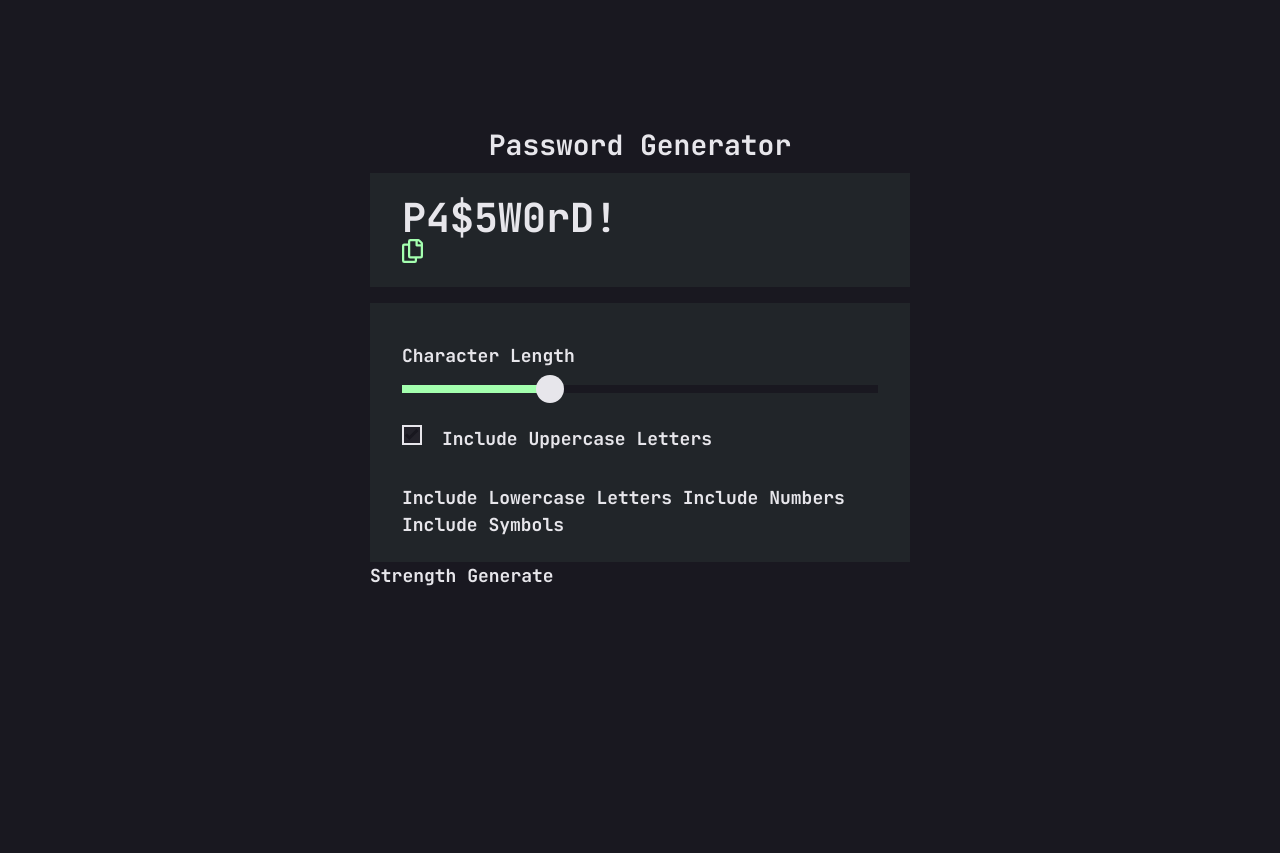
Repository: blordeus/password-generator-app
Page: starter-code/index.html
These files come from the project's save history. The page is drawn as it stood at one moment and after a run of saves; the edit follows.
The browser window is 1280 px wide. The pictures show the whole page.

Above is the page before, as saved 2023-10-05 20:12:23.

### starter-code/index.html
<!DOCTYPE html>
<html lang="en">
<head>
  <meta charset="UTF-8">
  <meta name="viewport" content="width=device-width, initial-scale=1.0">
  <link href="https://cdn.jsdelivr.net/npm/bootstrap@5.3.2/dist/css/bootstrap.min.css" rel="stylesheet" integrity="sha384-T3c6CoIi6uLrA9TneNEoa7RxnatzjcDSCmG1MXxSR1GAsXEV/Dwwykc2MPK8M2HN" crossorigin="anonymous">
  <script src="https://cdn.jsdelivr.net/npm/bootstrap@5.3.2/dist/js/bootstrap.bundle.min.js" integrity="sha384-C6RzsynM9kWDrMNeT87bh95OGNyZPhcTNXj1NW7RuBCsyN/o0jlpcV8Qyq46cDfL" crossorigin="anonymous" defer></script>
  <link rel="icon" type="image/png" sizes="32x32" href="./assets/images/favicon-32x32.png">
  <link rel="stylesheet" href="./assets/style.css">
  <link href="https://fonts.googleapis.com/css2?family=JetBrains+Mono:wght@700&display=swap" rel="stylesheet">
  <title>Frontend Mentor | Password generator app</title>
</head>
<body>
<main class="main">

    <h1 class="fs-3 title text-grey">Password Generator</h1>

    <div class="field bg-dark fs-1 flex">
      <p id="fieldText" class="fieldText text-grey">P4$5W0rD!</p>
      <div class="copy flex">
        <p id="copyMsg" class="fs-3 uppercase text-green">copied</p>
        <img id="copyIcon" src="./assets/images/icon-copy.svg" alt="">
      </div>
    </div>

    <div class="options bg-dark">
      <label for="slider" class="sliderLabel flex">Character Length <span class="sliderValue fs-1 text-green" id="sliderValue"></span></label>
      <input type="range" class="slider" name="slider" id="slider" min="5" max="15" value="8">
      <div class="checkboxes flex">
        <label for="inclUppercase" class="checkboxLabel" id="inclUppercase">
          <input type="checkbox" name="inclUppercase" id="inclUppercase">
          Include Uppercase Letters
          <span class="checkmark"><img src="./assets/images/icon-check.svg" alt="checked-icon"></span>
        </label>
        <label for="" class="checkboxLabel">

        </label>
      </div>
      Include Lowercase Letters
      Include Numbers
      Include Symbols
    </div>
    <div>
      Strength
      Generate
    </div>
</main>

</body>
</html>

### starter-code/assets/style.css
/* ------------------- */
/* Custom properties   */
/* ------------------- */

:root {
    /* colors */
    --clr-darkGrey: 248 10% 15%;
    --clr-grey: 251 9% 53%;
    --clr-almostWhite: 252 11% 91%;
    --clr-veryDarkGrey: 248 15% 11%;
    --clr-neonGreen: 127 100% 82%;
    --clr-red: 0 91% 63%;
    --clr-orange: 13 95% 66%;
    --clr-yellow: 42 91% 68%;

    /* font-sizes */
    --fs-1: 1.5rem;
    --fs-2: 1.125rem;
    --fs-3: 1rem;
  }

  @media (min-width: 35em) {
    :root {
      --fs-1: 2rem;
      --fs-2: 1.5rem;
      --fs-3: 1.125rem;
    }
  }

  /* ------------------- */
  /* Reset               */
  /* ------------------- */

  /* https://piccalil.li/blog/a-modern-css-reset/ */

  /* Box sizing */
  *,
  *::before,
  *::after {
    box-sizing: border-box;
  }

  /* Reset margins */
  body,
  h1,
  h2,
  h3,
  h4,
  h5,
  p,
  figure,
  picture {
    margin: 0;
  }

  h1,
  h2,
  h3,
  h4,
  h5,
  h6,
  p {
    font-weight: 400;
  }

  /* set up the body */
  body {
    font-family: "JetBrains Mono", monospace;
    font-size: var(--fs-3);
    font-weight: 700;
    color: hsl(var(--clr-almostWhite));
    background-color: hsl(var(--clr-veryDarkGrey));
    min-height: 100vh;

    overflow-x: hidden;
  }

  /* make images easier to work with */
img,
picture {
  max-width: 100%;
  display: block;
}

/* make form elements easier to work with */
input,
button,
textarea,
select {
  font: inherit;
}

/* typography */

.uppercase {
    text-transform: uppercase;
  }

  .fs-1 {
    font-size: var(--fs-1);
    line-height: 2rem;
  }

  .fs-2 {
    font-size: var(--fs-2);
    line-height: 1.485rem;
  }

  .fs-3 {
    font-size: var(--fs-3);
    line-height: 1.32rem;
  }

  @media (min-width: 35em) {
    .fs-1 {
      line-height: 2.64rem;
    }

    .fs-2 {
      line-height: 1.98rem;
    }

    .fs-3 {
      line-height: 1.485rem;
    }
  }

  /*     Layout     */
/* -------------- */

.main {
    margin-top: 4rem;
    margin-inline: 1rem;
  }

  @media (min-width: 35em) {
    .main {
      max-width: 33.75rem;
      margin-top: 8.3125rem;
      margin-inline: auto;
    }
  }

  .title {
    text-align: center;
    margin-block: 0;
    margin-bottom: 1rem;
  }

  .field {
    padding: 1rem;
    justify-content: space-between;
    align-items: center;
    margin-bottom: 1rem;
  }

  @media (min-width: 35em) {
    .field {
      padding: 1.5rem 2rem;
    }
  }

  .copy {
    gap: 1rem;
    align-items: center;
  }

  #copyMsg {
    display: none;
  }

  .copyIcon:hover {
    cursor: pointer;
  }

  .copyIcon:hover .copyIconPath {
    fill: white;
  }

  .options {
    padding: 1rem;
  }

  @media (min-width: 35em) {
    .options {
      padding: 1.5rem 2rem;
    }
  }

  .sliderLabel {
    justify-content: space-between;
    align-items: center;
  }

  .slider {
    width: 100%;
    margin-top: 1rem;
    margin-bottom: 2rem;
  }

  input[type="range"] {
    -webkit-appearance: none;
    background: hsl(var(--clr-veryDarkGrey));
    accent-color: white;
    cursor: pointer;
    height: 8px;
    background-image: linear-gradient(
      hsl(var(--clr-neonGreen)),
      hsl(var(--clr-neonGreen))
    );
    background-size: 30% 100%;
    background-repeat: no-repeat;
  }

  input[type="range"]::-webkit-slider-thumb {
    height: 28px;
    width: 28px;
    background: hsl(var(--clr-almostWhite));
    -webkit-appearance: none;
    border-radius: 14px;
  }

  input[type="range"]:hover::-webkit-slider-thumb {
    background: hsl(var(--clr-veryDarkGrey));
    border: 2px solid hsl(var(--clr-neonGreen));
    -webkit-appearance: none;
  }

  .checkboxes {
    flex-direction: column;
    gap: 1rem;
    margin-bottom: 2rem;
  }

  /* Customize the label (the container) */
  .checkboxLabel {
    display: block;
    position: relative;
    padding-left: 2.5rem;
    cursor: pointer;
    -webkit-user-select: none;
    -moz-user-select: none;
    -ms-user-select: none;
    user-select: none;
  }

  /* Hide the browser's default checkbox */
  .checkboxLabel input {
    position: absolute;
    opacity: 0;
    cursor: pointer;
    height: 0;
    width: 0;
  }

  /* Create a custom checkbox */
  .checkmark {
    position: absolute;
    top: 0;
    left: 0;
    height: 20px;
    width: 20px;
    background-color: hsl(var(--clr-darkGrey));
    border: 2px solid hsl(var(--clr-almostWhite));
    display: flex;
    justify-content: center;
    align-items: center;
  }

  /* On mouse-over, add a background color */
  .checkboxLabel:hover input ~ .checkmark {
    border-color: hsl(var(--clr-neonGreen));
  }

  /* When the checkbox is checked, add a background */
  .checkboxLabel input:checked ~ .checkmark {
    background-color: hsl(var(--clr-neonGreen));
    border-color: hsl(var(--clr-neonGreen));
  }

  /* Create the checkmark/indicator (hidden when not checked) */
  .checkmark:after {
    content: "";
    position: absolute;
    display: none;
  }

  /* Show the checkmark when checked */
  .checkboxLabel input:checked ~ .checkmark:after {
    display: block;
  }

  .strength {
    background-color: hsl(var(--clr-veryDarkGrey));
    padding: 1rem;
    justify-content: space-between;
    align-items: center;
    margin-bottom: 1rem;
  }

  .strengthLvl {
    align-items: center;
  }

  .strengthLvl p {
    margin-right: 0.5rem;
  }

  .bars {
    width: 10px;
    height: 28px;
    border: 2px solid hsl(var(--clr-almostWhite));
    margin-left: 0.5rem;
  }

  .button {
    width: 100%;
    padding-top: 1.125rem;
    padding-bottom: 1.125rem;
    border: 2px solid hsl(var(--clr-neonGreen));
  }

  .button:hover {
    background-color: hsl(var(--clr-darkGrey));
    color: hsl(var(--clr-neonGreen));
    cursor: pointer;
  }

  .button svg {
    margin-left: 1rem;
  }

  .button:hover path {
    fill: hsl(var(--clr-neonGreen));
  }

  .alert {
    display: none;
    text-align: center;
    color: hsl(var(--clr-red));
  }

  /*  Level Classes */

  .tooWeak {
    background-color: hsl(var(--clr-red));
    border: 2px solid hsl(var(--clr-red));
  }

  .weak {
    background-color: hsl(var(--clr-orange));
    border: 2px solid hsl(var(--clr-orange));
  }

  .medium {
    background-color: hsl(var(--clr-yellow));
    border: 2px solid hsl(var(--clr-yellow));
  }

  .strong {
    background-color: hsl(var(--clr-neonGreen));
    border: 2px solid hsl(var(--clr-neonGreen));
  }

After the next 5 saves:
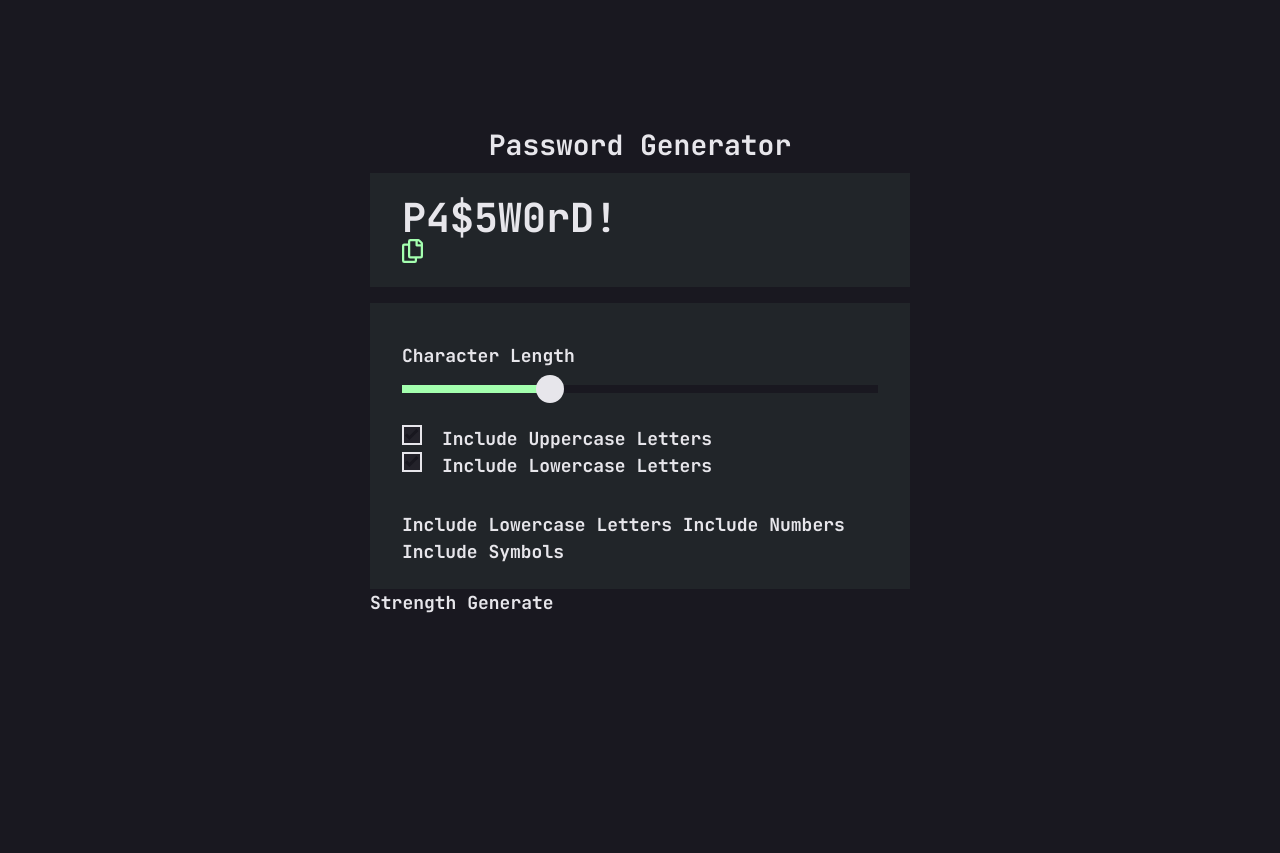
The 5 saves are shown as one change because they came seconds apart.
The last was saved 14 s later.
--- a/starter-code/index.html
+++ b/starter-code/index.html
@@ -33,7 +33,9 @@
           <span class="checkmark"><img src="./assets/images/icon-check.svg" alt="checked-icon"></span>
         </label>
         <label for="" class="checkboxLabel">
-
+          <input type="checkbox" name="inclLowercase" id="inclLowercase">
+          Include Lowercase Letters
+          <span class="checkmark"><img src="./assets/images/icon-check.svg" alt="checked-icon"></span>
         </label>
       </div>
       Include Lowercase Letters
